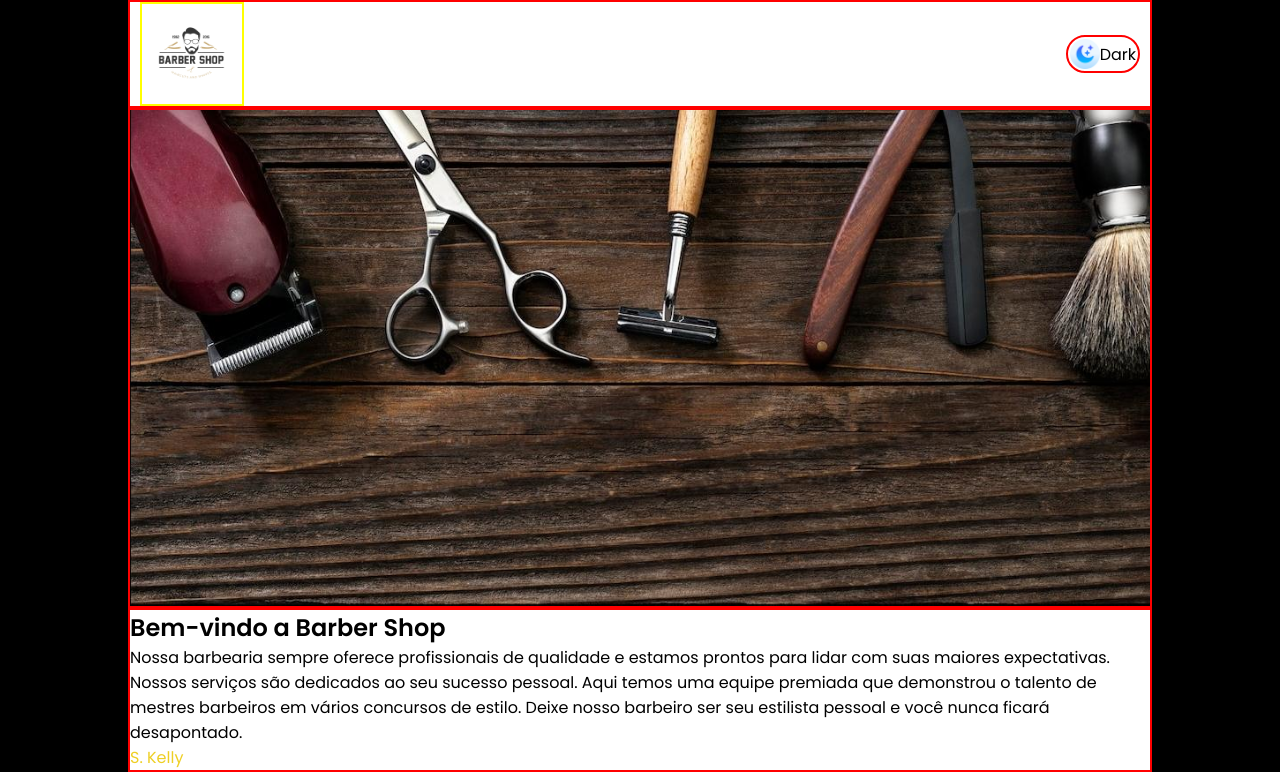
Repository: Daniells642/LandingPage-React
Page: /
An editor plug-in stored every save of this project. The page is shown before and after the next save, followed by the edit.
The browser window is 1280 px wide. The pictures show the whole page.
The project was rebuilt for these pictures with package versions that can differ from the ones it lists, and the page was loaded fresh each time.

Above is the page before, as saved 2022-11-04 21:35:44.

### public/index.html
<!DOCTYPE html>
<html lang="en">
  <head>
    <meta charset="utf-8" />
    <link rel="icon" href="%PUBLIC_URL%/favicon.ico" />
    <meta name="viewport" content="width=device-width, initial-scale=1" />
    <meta name="theme-color" content="#000000" />
    <meta
      name="description"
      content="Web site created using create-react-app"
    />
    <link rel="apple-touch-icon" href="%PUBLIC_URL%/logo192.png" />
    <!--
      manifest.json provides metadata used when your web app is installed on a
      user's mobile device or desktop. See https://developers.google.com/web/fundamentals/web-app-manifest/
    -->
    <link rel="manifest" href="%PUBLIC_URL%/manifest.json" />
    <!--
      Notice the use of %PUBLIC_URL% in the tags above.
      It will be replaced with the URL of the `public` folder during the build.
      Only files inside the `public` folder can be referenced from the HTML.

      Unlike "/favicon.ico" or "favicon.ico", "%PUBLIC_URL%/favicon.ico" will
      work correctly both with client-side routing and a non-root public URL.
      Learn how to configure a non-root public URL by running `npm run build`.
    -->

    <link rel="preconnect" href="https://fonts.googleapis.com">
    <link rel="preconnect" href="https://fonts.gstatic.com" crossorigin>
    <link href="https://fonts.googleapis.com/css2?family=Poppins:wght@400;500;600&display=swap" rel="stylesheet">
    <link href="https://fonts.googleapis.com/css2?family=Great+Vibes&display=swap" rel="stylesheet">
    <title>Barberia</title>
  </head>
  <body>
    <noscript>You need to enable JavaScript to run this app.</noscript>
    <div id="root"></div>
    <!--
      This HTML file is a template.
      If you open it directly in the browser, you will see an empty page.

      You can add webfonts, meta tags, or analytics to this file.
      The build step will place the bundled scripts into the <body> tag.

      To begin the development, run `npm start` or `yarn start`.
      To create a production bundle, use `npm run build` or `yarn build`.
    -->
  </body>
</html>

### src/App.js
import Barbearia from "./LandingPage";
import './App.css';


function App() {
  return (
    <div>
      <Barbearia/>
    </div>
  );
}

export default App;

### src/LandingPage/index.js
import './style.css';

export default function Barbearia() {
  return (
    <body>
        <header id="topo" className='limitar-secao modo-claro'>
          <div className='logo'>
            <img src="../../assets/barbearia-logo.png" alt="logo-barbearia" title="logo da barbearia"/>
          </div>
          <div className='botao'>
            <img src="../../assets/moon.png" alt="alternar-modo" title="alternar-modo"/>
            <span>Dark</span>
          </div>
        </header>
        <section id="secao-banner" className='limitar-secao'>

        </section>
        <section id="secao-texto" className='limitar-secao secao-texto'>
            <h1>Bem-vindo a Barber Shop</h1>
            <p>Nossa barbearia sempre oferece profissionais de qualidade e estamos prontos para lidar com suas maiores expectativas.</p>
            <p>Nossos serviços são dedicados ao seu sucesso pessoal. Aqui temos uma equipe premiada que demonstrou o talento de mestres barbeiros em vários concursos de estilo. Deixe nosso barbeiro ser seu estilista pessoal e você nunca ficará desapontado.</p>
            <p className='modificado'>S. Kelly</p>
        </section>
    </body>
  )
}

### src/App.css
* {
  margin: 0;
  padding: 0;
  box-sizing: border-box;
  font-family: 'Poppins', sans-serif;
}

body {
  background-color: black;
}

.limitar-secao {
  max-width: 1024px;
  width: 100%;
  margin: 0 auto;
  border: solid red 2px;
}

### src/LandingPage/style.css
.modo-claro {
    background-color: #fff;
    color: #000;
    display: flex;
    align-items: center;
    justify-content: space-between;
    width: 100%;
    min-height: 60px;
    padding: 0 10px;
    margin: 0 auto;
}

.logo {
    display: flex;
    justify-content: center;
    align-items: center;
    border: yellow solid 2px;
}

.logo img {
    height: 100px;
}
.botao {
    display: flex;
    justify-content: center;
    align-items: center;
    border: 2px solid red;
    border-radius: 20px 20px ;
    padding: 2px;

}

.botao img {
    height: 30px;

}

#secao-banner {
    position: relative;
    background-image: url('../../public/assets/banner-barbearia.jpg');
    background-repeat: no-repeat;
    background-size: cover;
    width: 100%;
    height: 500px;
  }

.secao-texto {
    background-color: #fff;
}

.secao-texto h1 {
    color: black;
}



.modificado {
    font-family: 'Poppins', sans-serif;
    color: rgba(235, 200, 3, 0.87);
}

Loaded but not shown: src/index.js (common file)

After the next save:
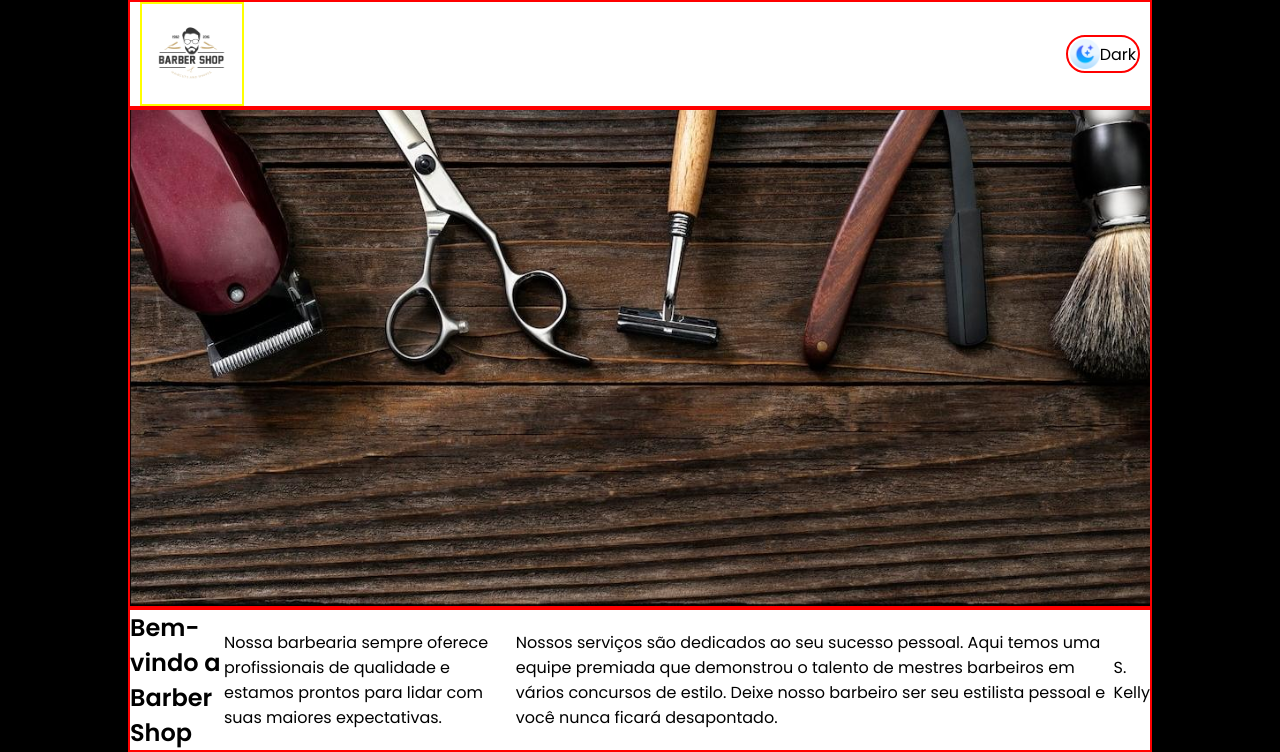
Saved 22 s later.
--- a/src/LandingPage/style.css
+++ b/src/LandingPage/style.css
@@ -46,13 +46,18 @@
 
 .secao-texto {
     background-color: #fff;
+    display: flex;
+    justify-content: center;
+    align-items: center;
 }
 
 .secao-texto h1 {
     color: black;
 }
 
-
+.secao-texto p {
+    color: black;
+}
 
 .modificado {
     font-family: 'Poppins', sans-serif;

After the save that followed:
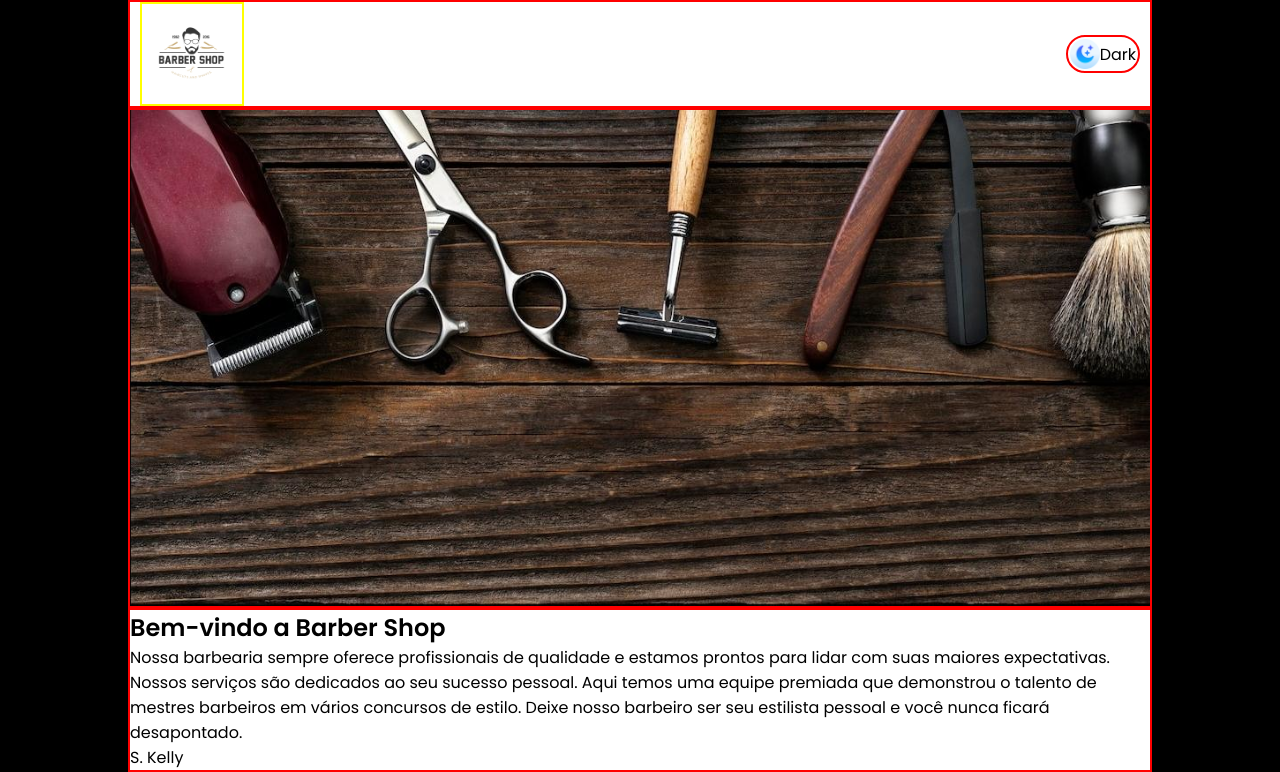
Saved 13 s later.
--- a/src/LandingPage/style.css
+++ b/src/LandingPage/style.css
@@ -46,9 +46,7 @@
 
 .secao-texto {
     background-color: #fff;
-    display: flex;
-    justify-content: center;
-    align-items: center;
+
 }
 
 .secao-texto h1 {
